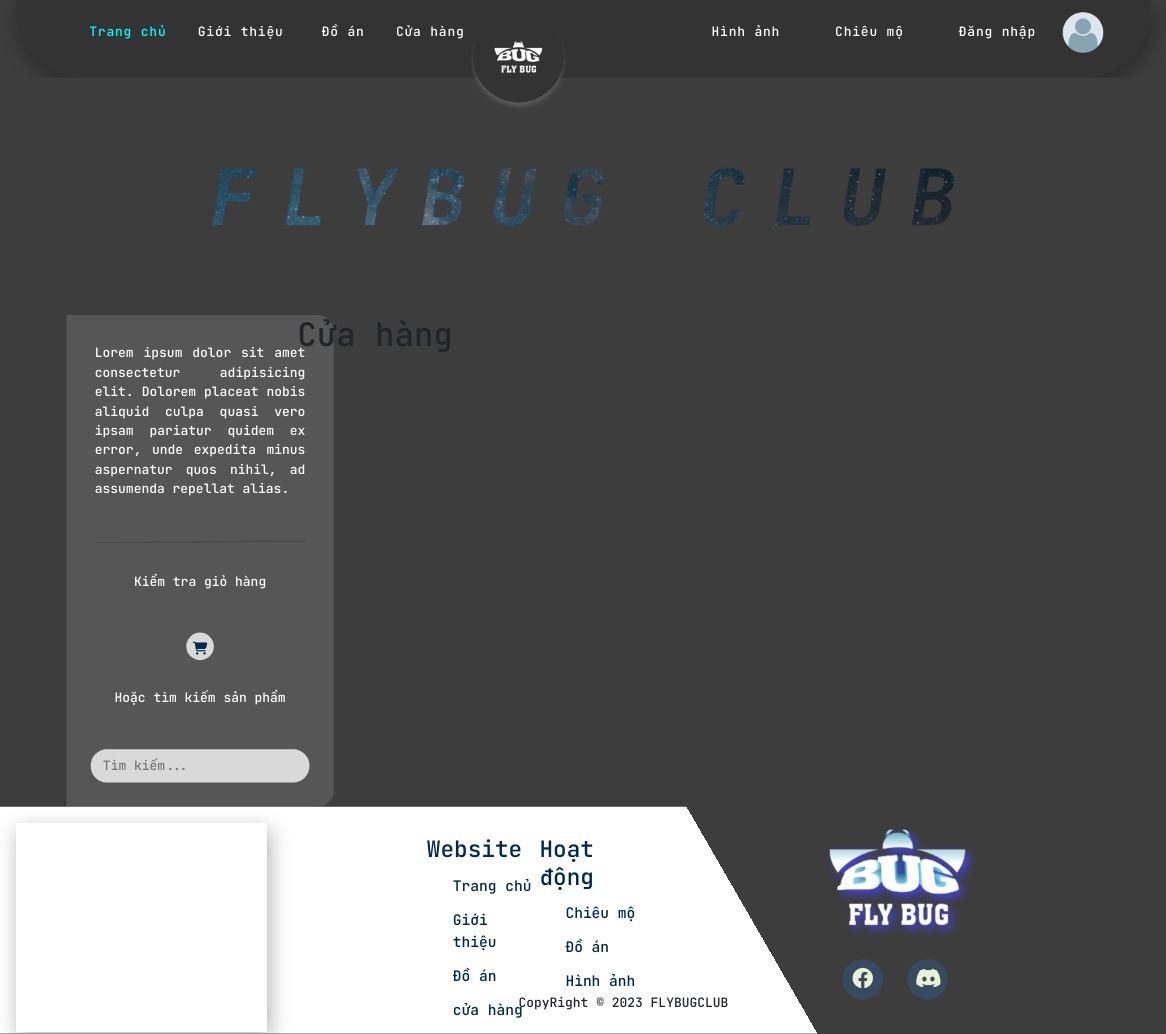
Repository: NQD2308/FlyBugClub_WebApp
Page: PROJECT FLYNUG/html/store.html
These files come from the project's save history. The page is drawn as it stood at one moment and after the next save; the edit follows.
The browser window is 1280 px wide. The page is 1440 px wide, so the pictures cover 1440 px, including what lies to the right of the window. The pictures show the whole page, at 81% of full size.
Pictures or frames that could not be fetched are drawn as grey boxes.

Above is the page before, as saved 2023-09-18 01:42:59.

After the next save:
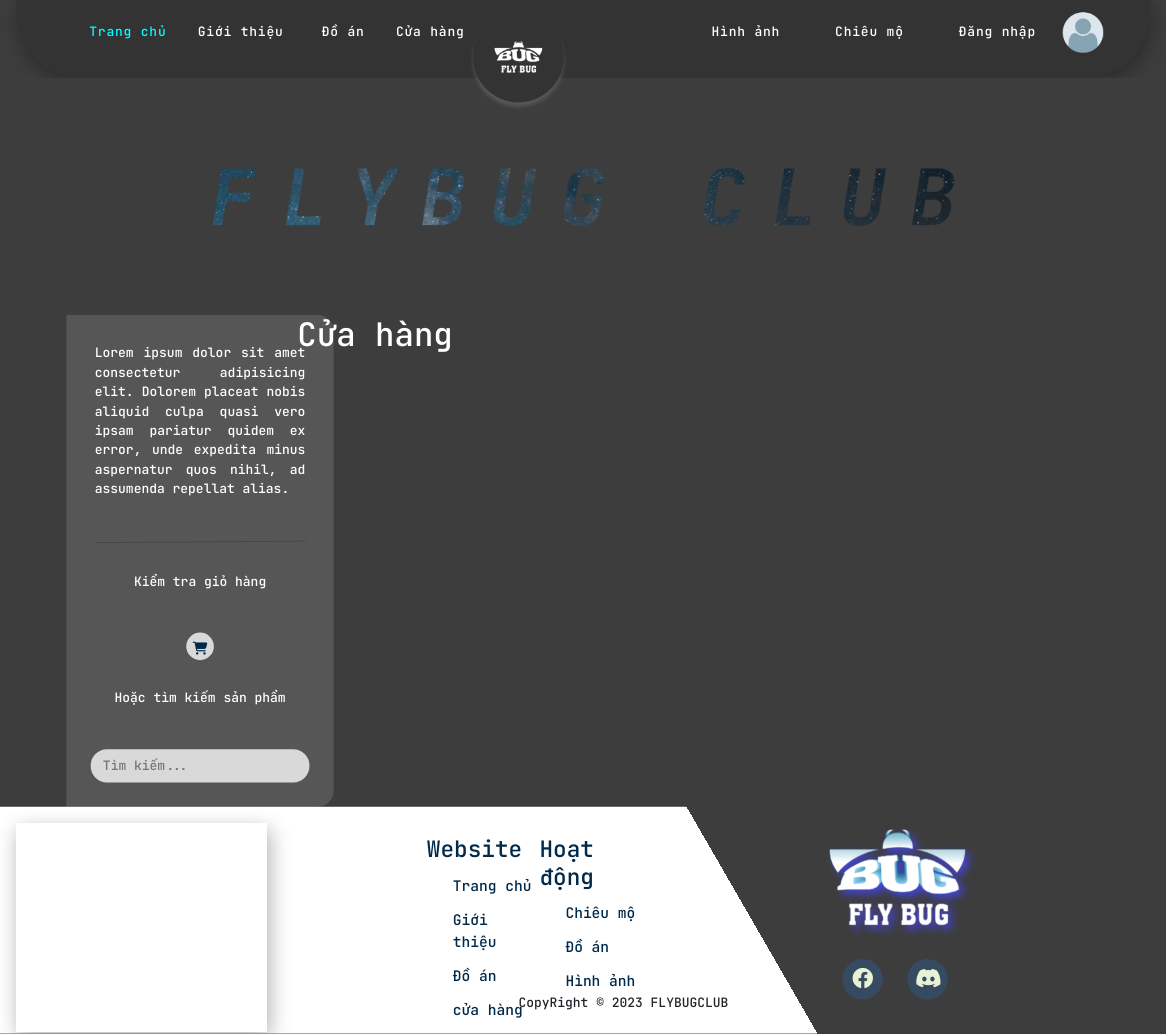
Saved 21 s later.
--- a/PROJECT FLYNUG/html/store.html
+++ b/PROJECT FLYNUG/html/store.html
@@ -87,11 +87,12 @@
                     </div>
                 </div>
                 <div class="col col-md-9">
-                    <h1>Cửa hàng</h1>
+                    <div class="store">
+                        <h1 style="color: white;">Cửa hàng</h1>
+                    </div>
                 </div>
             </div>
         </div>
-
     </section>
 
  <!-- ========================

After the 2 saves that followed:
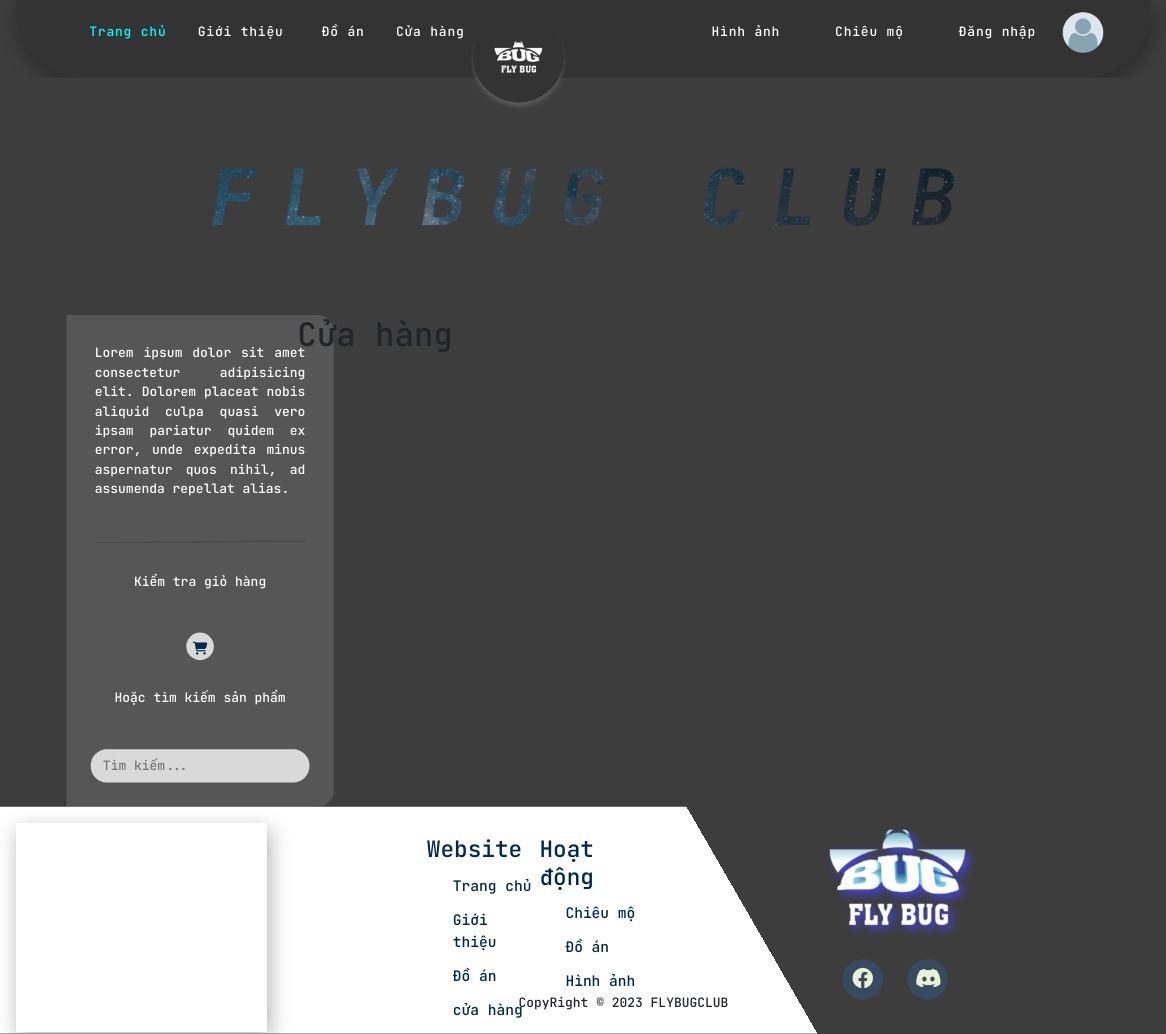
The 2 saves are shown as one change because 1 left the picture as it was.
The last was saved 33 s later.
--- a/PROJECT FLYNUG/html/store.html
+++ b/PROJECT FLYNUG/html/store.html
@@ -88,7 +88,7 @@
                 </div>
                 <div class="col col-md-9">
                     <div class="store">
-                        <h1 style="color: white;">Cửa hàng</h1>
+                        <h1>Cửa hàng</h1>
                     </div>
                 </div>
             </div>
--- a/PROJECT FLYNUG/css/style.css
+++ b/PROJECT FLYNUG/css/style.css
@@ -182,7 +182,7 @@
 
 /*  @############ RIGHT ############@ */
 
-.body .store h1{
+.body .right .store h1{
     color: white;
 }
 
